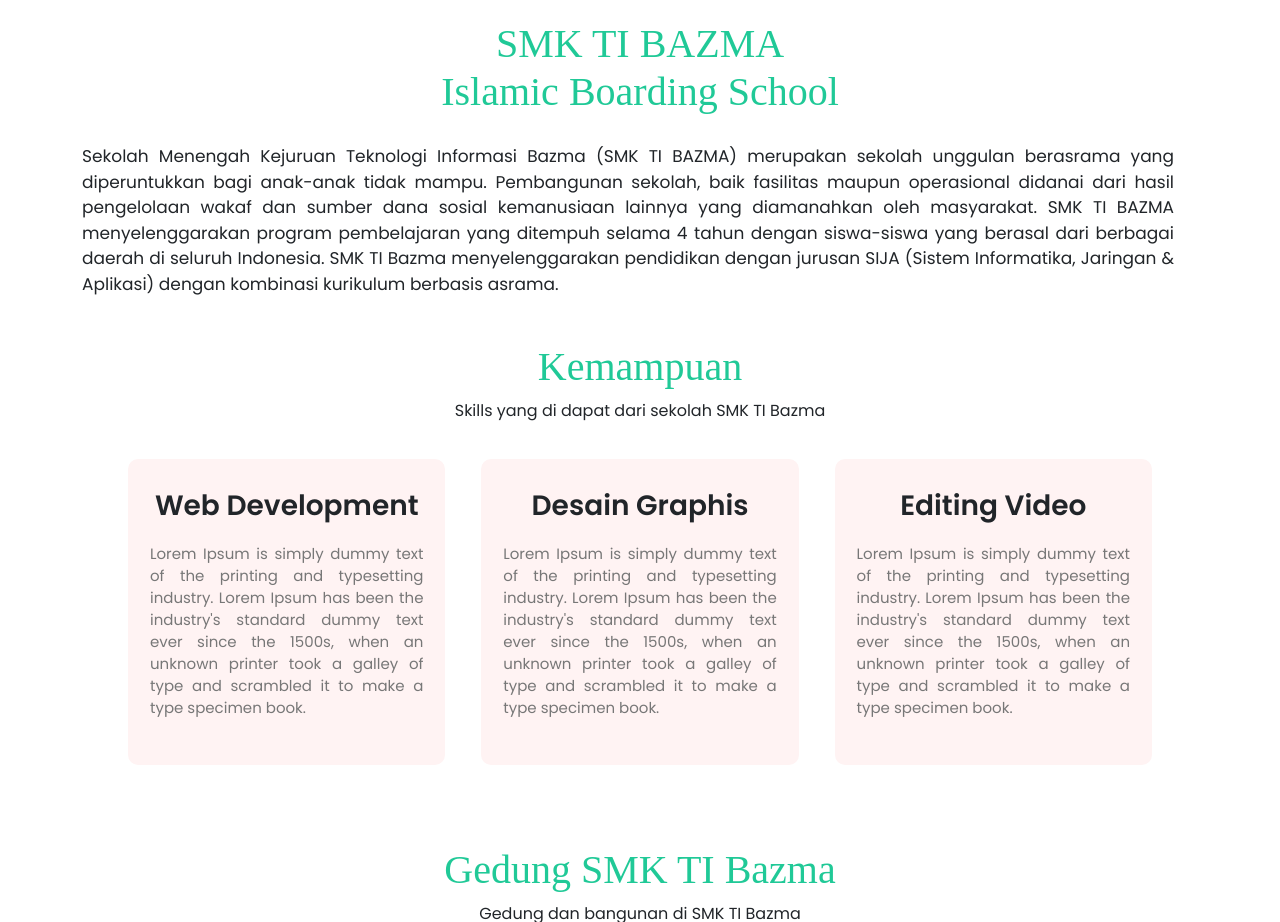
Repository: farhannurrahmat/Landing-Page-School
Page: index.html
An editor plug-in stored every save of this project. The page is shown before and after the next save, followed by the edit.
The browser window is 1280 px wide. The pictures show the part of the page from y = 720 to 1642 px (the page is 4147 px tall before and 4203 px after).
A picture or video elsewhere on the page could not be fetched, so the positions and the page height are approximate.

Above is the page before, as saved 2024-01-31 08:53:51.

After the next save:
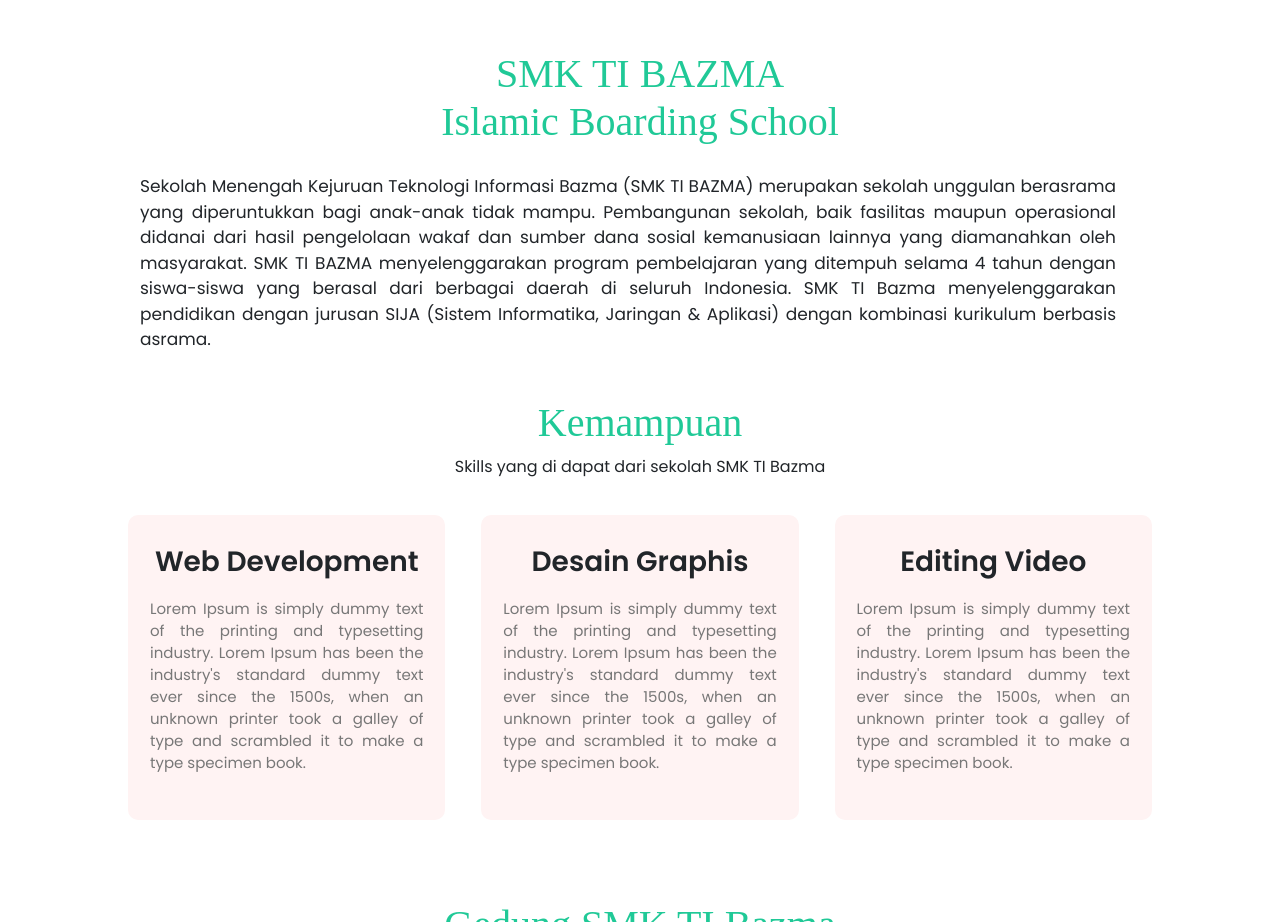
Saved 7 s later.
--- a/css/style.css
+++ b/css/style.css
@@ -112,7 +112,7 @@ nav .fa {
 }
 
 /* Deskripsi */
-.course {
+.deskripsi {
   width: 80%;
   margin: auto;
   text-align: center;
